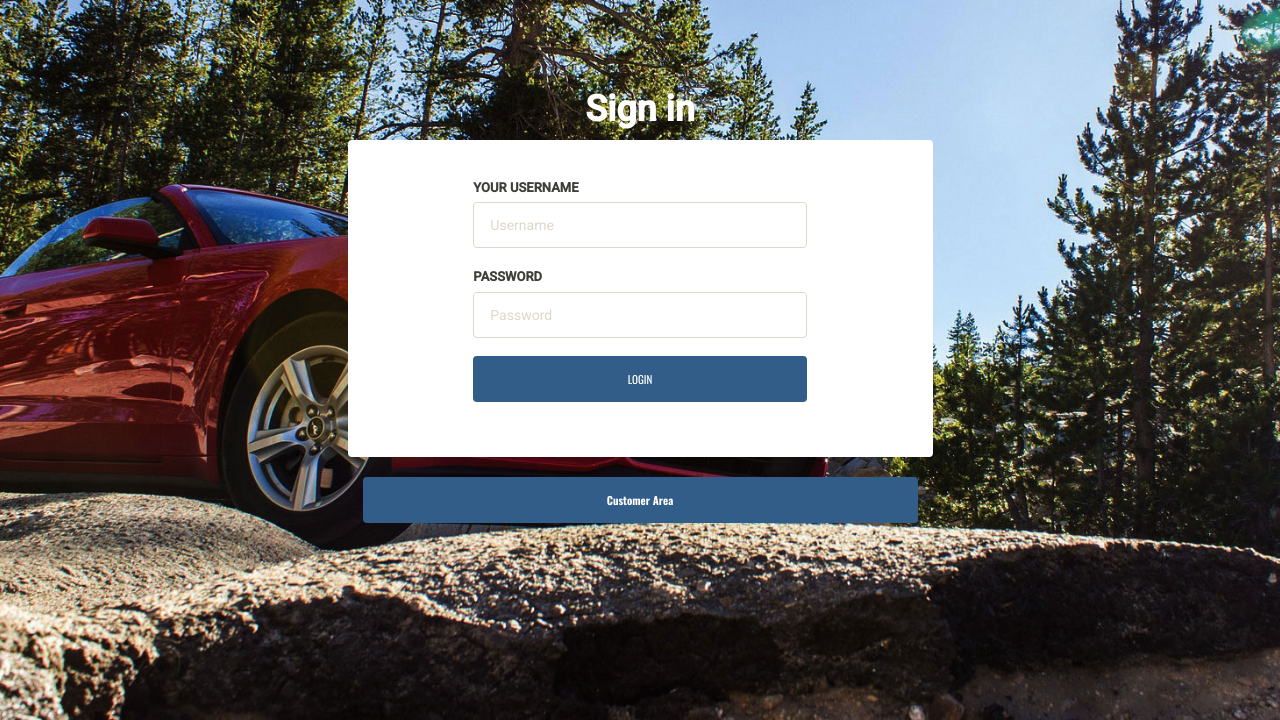
Repository: vincent254-hub/OCHMIS
Page: http://localhost/admin/
The author's editor kept a copy of each file at every save. The page is drawn from the files as they stood at one save, then again after the next save.
The browser window is 1280 px wide. The pictures show the whole page.
The page is run by PHP 8.4 with error messages shown; the project is at /var/www/html/.

Above is the page before, as saved 2024-04-24 18:32:01.

### admin/index.php
<?php
session_start();
include('includes/config.php');
if(isset($_POST['login']))
{
$email=$_POST['username'];
$password=md5($_POST['password']);
$sql ="SELECT UserName,Password FROM admin WHERE UserName=:email and Password=:password";
$query= $dbh -> prepare($sql);
$query-> bindParam(':email', $email, PDO::PARAM_STR);
$query-> bindParam(':password', $password, PDO::PARAM_STR);
$query-> execute();
$results=$query->fetchAll(PDO::FETCH_OBJ);
if($query->rowCount() > 0)
{
$_SESSION['alogin']=$_POST['username'];
echo "<script type='text/javascript'> document.location = 'dashboard.php'; </script>";
} else{

  echo "<script>alert('Invalid Credentials provided! Please try again');</script>";

}

}

?>
<!doctype html>
<html lang="en" class="no-js">

<head>
	<meta charset="UTF-8">
	<meta http-equiv="X-UA-Compatible" content="IE=edge">
	<meta name="viewport" content="width=device-width, initial-scale=1, minimum-scale=1, maximum-scale=1">
	<meta name="description" content="">
	<meta name="author" content="">

	<title>OCHMIS | Admin Login</title>
	<link rel="stylesheet" href="css/font-awesome.min.css">
	<link rel="stylesheet" href="css/bootstrap.min.css">
	<link rel="stylesheet" href="css/dataTables.bootstrap.min.css">
	<link rel="stylesheet" href="css/bootstrap-social.css">
	<link rel="stylesheet" href="css/bootstrap-select.css">
	<link rel="stylesheet" href="css/fileinput.min.css">
	<link rel="stylesheet" href="css/awesome-bootstrap-checkbox.css">
	<link rel="stylesheet" href="css/style.css">
</head>

<body>

	<div class="login-page bk-img" style="background-image: url(img/adminlogin.jpg);">
		<div class="form-content">
			<div class="container">
				<div class="row">

					<div class="col-md-6 col-md-offset-3">
						<h1 class="text-center text-bold text-light mt-4x">Sign in</h1>
						<div class="well row pt-2x pb-3x bk-light">
							<div class="col-md-8 col-md-offset-2">
								<form method="post">

									<label for="" class="text-uppercase text-sm">Your Username </label>
									<input type="text" placeholder="Username" name="username" class="form-control mb">

									<label for="" class="text-uppercase text-sm">Password</label>
									<input type="password" placeholder="Password" name="password" class="form-control mb">



									<button class="btn btn-primary btn-block" name="login" type="submit">LOGIN</button>

								</form>
							</div>
						</div>
					</div>

					<div class="col-md-6 col-md-offset-3">
						<a href="../index.php" class="text-light text-center text-bold mt-4 mx-auto btn btn-block btn-primary">Customer Area</a>
					</div>
				</div>
			</div>
		</div>
	</div>

	<!-- Loading Scripts -->
	<script src="js/jquery.min.js"></script>
	<script src="js/bootstrap-select.min.js"></script>
	<script src="js/bootstrap.min.js"></script>
	<script src="js/jquery.dataTables.min.js"></script>
	<script src="js/dataTables.bootstrap.min.js"></script>
	<script src="js/Chart.min.js"></script>
	<script src="js/fileinput.js"></script>
	<script src="js/chartData.js"></script>
	<script src="js/main.js"></script>

</body>

</html>

### admin/css/awesome-bootstrap-checkbox.css
.checkbox {
  padding-left: 20px;
}
.checkbox label {
  display: inline-block;
  vertical-align: middle;
  position: relative;
  padding-left: 5px;
}
.checkbox label::before {
  content: "";
  display: inline-block;
  position: absolute;
  width: 17px;
  height: 17px;
  left: 0;
  margin-left: -20px;
  border: 1px solid #cccccc;
  border-radius: 3px;
  background-color: #fff;
  -webkit-transition: border 0.15s ease-in-out, color 0.15s ease-in-out;
  -o-transition: border 0.15s ease-in-out, color 0.15s ease-in-out;
  transition: border 0.15s ease-in-out, color 0.15s ease-in-out;
}
.checkbox label::after {
  display: inline-block;
  position: absolute;
  width: 16px;
  height: 16px;
  left: 0;
  top: 0;
  margin-left: -20px;
  padding-left: 3px;
  padding-top: 1px;
  font-size: 11px;
  color: #555555;
}
.checkbox input[type="checkbox"],
.checkbox input[type="radio"] {
  opacity: 0;
  z-index: 1;
}
.checkbox input[type="checkbox"]:focus + label::before,
.checkbox input[type="radio"]:focus + label::before {
  outline: thin dotted;
  outline: 5px auto -webkit-focus-ring-color;
  outline-offset: -2px;
}
.checkbox input[type="checkbox"]:checked + label::after,
.checkbox input[type="radio"]:checked + label::after {
  font-family: "FontAwesome";
  content: "\f00c";
}
.checkbox input[type="checkbox"]:disabled + label,
.checkbox input[type="radio"]:disabled + label {
  opacity: 0.65;
}
.checkbox input[type="checkbox"]:disabled + label::before,
.checkbox input[type="radio"]:disabled + label::before {
  background-color: #eeeeee;
  cursor: not-allowed;
}
.checkbox.checkbox-circle label::before {
  border-radius: 50%;
}
.checkbox.checkbox-inline {
  margin-top: 0;
}

.checkbox-primary input[type="checkbox"]:checked + label::before,
.checkbox-primary input[type="radio"]:checked + label::before {
  background-color: #337ab7;
  border-color: #337ab7;
}
.checkbox-primary input[type="checkbox"]:checked + label::after,
.checkbox-primary input[type="radio"]:checked + label::after {
  color: #fff;
}

.checkbox-danger input[type="checkbox"]:checked + label::before,
.checkbox-danger input[type="radio"]:checked + label::before {
  background-color: #d9534f;
  border-color: #d9534f;
}
.checkbox-danger input[type="checkbox"]:checked + label::after,
.checkbox-danger input[type="radio"]:checked + label::after {
  color: #fff;
}

.checkbox-info input[type="checkbox"]:checked + label::before,
.checkbox-info input[type="radio"]:checked + label::before {
  background-color: #5bc0de;
  border-color: #5bc0de;
}
.checkbox-info input[type="checkbox"]:checked + label::after,
.checkbox-info input[type="radio"]:checked + label::after {
  color: #fff;
}

.checkbox-warning input[type="checkbox"]:checked + label::before,
.checkbox-warning input[type="radio"]:checked + label::before {
  background-color: #f0ad4e;
  border-color: #f0ad4e;
}
.checkbox-warning input[type="checkbox"]:checked + label::after,
.checkbox-warning input[type="radio"]:checked + label::after {
  color: #fff;
}

.checkbox-success input[type="checkbox"]:checked + label::before,
.checkbox-success input[type="radio"]:checked + label::before {
  background-color: #5cb85c;
  border-color: #5cb85c;
}
.checkbox-success input[type="checkbox"]:checked + label::after,
.checkbox-success input[type="radio"]:checked + label::after {
  color: #fff;
}

.radio {
  padding-left: 20px;
}
.radio label {
  display: inline-block;
  vertical-align: middle;
  position: relative;
  padding-left: 5px;
}
.radio label::before {
  content: "";
  display: inline-block;
  position: absolute;
  width: 17px;
  height: 17px;
  left: 0;
  margin-left: -20px;
  border: 1px solid #cccccc;
  border-radius: 50%;
  background-color: #fff;
  -webkit-transition: border 0.15s ease-in-out;
  -o-transition: border 0.15s ease-in-out;
  transition: border 0.15s ease-in-out;
}
.radio label::after {
  display: inline-block;
  position: absolute;
  content: " ";
  width: 11px;
  height: 11px;
  left: 3px;
  top: 3px;
  margin-left: -20px;
  border-radius: 50%;
  background-color: #555555;
  -webkit-transform: scale(0, 0);
  -ms-transform: scale(0, 0);
  -o-transform: scale(0, 0);
  transform: scale(0, 0);
  -webkit-transition: -webkit-transform 0.1s cubic-bezier(0.8, -0.33, 0.2, 1.33);
  -moz-transition: -moz-transform 0.1s cubic-bezier(0.8, -0.33, 0.2, 1.33);
  -o-transition: -o-transform 0.1s cubic-bezier(0.8, -0.33, 0.2, 1.33);
  transition: transform 0.1s cubic-bezier(0.8, -0.33, 0.2, 1.33);
}
.radio input[type="radio"] {
  opacity: 0;
  z-index: 1;
}
.radio input[type="radio"]:focus + label::before {
  outline: thin dotted;
  outline: 5px auto -webkit-focus-ring-color;
  outline-offset: -2px;
}
.radio input[type="radio"]:checked + label::after {
  -webkit-transform: scale(1, 1);
  -ms-transform: scale(1, 1);
  -o-transform: scale(1, 1);
  transform: scale(1, 1);
}
.radio input[type="radio"]:disabled + label {
  opacity: 0.65;
}
.radio input[type="radio"]:disabled + label::before {
  cursor: not-allowed;
}
.radio.radio-inline {
  margin-top: 0;
}

.radio-primary input[type="radio"] + label::after {
  background-color: #337ab7;
}
.radio-primary input[type="radio"]:checked + label::before {
  border-color: #337ab7;
}
.radio-primary input[type="radio"]:checked + label::after {
  background-color: #337ab7;
}

.radio-danger input[type="radio"] + label::after {
  background-color: #d9534f;
}
.radio-danger input[type="radio"]:checked + label::before {
  border-color: #d9534f;
}
.radio-danger input[type="radio"]:checked + label::after {
  background-color: #d9534f;
}

.radio-info input[type="radio"] + label::after {
  background-color: #5bc0de;
}
.radio-info input[type="radio"]:checked + label::before {
  border-color: #5bc0de;
}
.radio-info input[type="radio"]:checked + label::after {
  background-color: #5bc0de;
}

.radio-warning input[type="radio"] + label::after {
  background-color: #f0ad4e;
}
.radio-warning input[type="radio"]:checked + label::before {
  border-color: #f0ad4e;
}
.radio-warning input[type="radio"]:checked + label::after {
  background-color: #f0ad4e;
}

.radio-success input[type="radio"] + label::after {
  background-color: #5cb85c;
}
.radio-success input[type="radio"]:checked + label::before {
  border-color: #5cb85c;
}
.radio-success input[type="radio"]:checked + label::after {
  background-color: #5cb85c;
}

input[type="checkbox"].styled:checked + label:after,
input[type="radio"].styled:checked + label:after {
  font-family: 'FontAwesome';
  content: "\f00c";
}
input[type="checkbox"] .styled:checked + label::before,
input[type="radio"] .styled:checked + label::before {
  color: #fff;
}
input[type="checkbox"] .styled:checked + label::after,
input[type="radio"] .styled:checked + label::after {
  color: #fff;
}

### admin/css/style.css
@import url(http://fonts.googleapis.com/css?family=Lato:300,400,700,900,100italic,300italic,400italic);
@import url(https://fonts.googleapis.com/css?family=Oswald:700,400,300);
/****************************
*   FOR RESPONSIVENESS      *
****************************/
::selection {
  background: #4f5362;
  /* WebKit/Blink Browsers */
  color: #fff;
}
::-moz-selection {
  background: #4f5362;
  /* Gecko Browsers */
  color: #fff;
}
html {
  font-size: 14px;
}
@media only screen and (min-width: 480px) {
  html {
    font-size: 17px;
  }
}
@media only screen and (min-width: 768px) {
  html {
    font-size: 14px;
  }
}
@media only screen and (min-width: 1024px) {
  p {
    font-size: 1em;
    margin-bottom: 1.8em;
  }
}
/****************************
*      BODY DEFAULTS        *
****************************/
body {
  font-size: 1em;
}
a {
  color: #37a6c4;
}
a:hover {
  text-decoration: none;
  color: #5db9d1;
}
/****************************
*      Buttons        *
****************************/
.btn {
  font-family: 'Oswald', sans-serif;
}
.btn i {
  position: relative;
  top: -2px;
}
.btn.text-left {
  text-align: left;
}
.btn-brand {
  background: #37a6c4;
  color: #fff;
}
.btn-brand:hover {
  color: #fff;
  background: #2c849c;
}
.btn-dark {
  background: #272727;
  color: #fff;
}
.btn-dark:hover {
  color: #fff;
  background: #2c849c;
}
.btn-red {
  background: #4f5362;
  color: #fff;
}
.btn-red:hover {
  color: #fff;
  background: #383b46;
}
.btn-alt {
  background: #f0f0f0;
  color: #222;
}
.btn-alt:hover {
  color: #fff;
  background: #2c849c;
}
/****************************
*      Background Colors        *
****************************/
.bk-primary {
  background: #325d88;
}
.bk-success {
  background: #93c54b;
}
.bk-warning {
  background: #f47c3c;
}
.bk-danger {
  background: #d9534f;
}
.bk-info {
  background: #29abe0;
}
.bk-white,
.bk-light {
  background: #fff;
}
.bk-brand {
  background: #37a6c4;
}
.bk-dark {
  background: #222;
}
.bk-blue {
  background: #0010ce;
}
.bk-alt {
  background: #f7f7f7;
}
.bk-ghost {
  background: transparent;
}
.bk-img {
  position: relative;
  width: 100%;
  background-position: center;
  background-repeat: no-repeat;
  background-size: cover;
  background-image: url(../../img/login-bg.jpg);
}
.bk-fixed {
  background-attachment: fixed;
}
.hr-green {
  height: 2px;
  background: #37a6c4;
}
.hr-grey {
  height: 2px;
  background: #f0f0f0;
}
.hr-dashed {
  background-color: transparent;
  border-top: 1px dotted #edf0f5;
  color: transparent;
  height: 1px;
  margin: 20px 0;
}
.panel {
  overflow: hidden;
}
/****************************
*      Border        *
****************************/
.brdr {
  border: 1px solid #f0f0f0;
}
/****************************
*      Text size color        *
****************************/
.font-one {
  font-family: 'Oswald', sans-serif;
}
.text-bold {
  font-weight: bold;
}
.text-normal {
  font-weight: normal;
}
.text-thin {
  font-weight: 100;
}
.text-lowercase {
  text-transform: none;
}
.text-sm {
  font-size: 13px;
}
.text-lg {
  font-size: 18px;
}
.text-xl {
  font-size: 1.6em;
}
.text-2x {
  font-size: 2em;
}
.text-3x {
  font-size: 2.4em;
}
.text-4x {
  font-size: 3em;
}
.text-white,
.text-light {
  color: #fff !important;
}
.link-white a {
  color: #fff;
}
.text-grey {
  color: #ccc;
}
.text-dgrey {
  color: #818181;
}
.text-brand {
  color: #37a6c4;
}
.text-yellow {
  color: #ffff00;
}
.title .line {
  display: inline-block;
  padding-bottom: 10px;
  border-bottom: 3px solid #222;
}
/****************************
*       Margins         *
****************************/
.mt {
  margin-top: 18px;
}
.mt-0x {
  margin-top: 0 !important;
}
.mt-2x {
  margin-top: 36px;
}
.mt-3x {
  margin-top: 54px;
}
.mt-4x {
  margin-top: 90px;
}
.mt-5x {
  margin-top: 144px;
}
.mb {
  margin-bottom: 18px;
}
.mb-0x {
  margin-bottom: 0 !important;
}
.mb-2x {
  margin-bottom: 36px;
}
.mb-3x {
  margin-bottom: 54px;
}
.mb-4x {
  margin-bottom: 90px;
}
.mb-5x {
  margin-bottom: 144px;
}
.pt {
  padding-top: 18px;
}
.pt-2x {
  padding-top: 36px;
}
.pt-3x {
  padding-top: 54px;
}
.pt-4x {
  padding-top: 90px;
}
.pt-5x {
  padding-top: 144px;
}
.pb {
  padding-bottom: 18px;
}
.pb-2x {
  padding-bottom: 36px;
}
.pb-3x {
  padding-bottom: 54px;
}
.pb-4x {
  padding-bottom: 90px;
}
.pb-5x {
  padding-bottom: 144px;
}
/* Content boxes */
.content-box {
  padding: 15px;
}
.block-anchor {
  display: block;
}
/****************************
*       Content Typography         *
****************************/
.content-format {
  line-height: 1.6em;
  font-weight: 400;
  letter-spacing: .01em;
  font-style: normal;
  word-wrap: break-word;
}
.content-format .h1,
.content-format .h2,
.content-format .h3,
.content-format .h4,
.content-format .h5,
.content-format .h6,
.content-format h1,
.content-format h2,
.content-format h3,
.content-format h4,
.content-format h5,
.content-format h6 {
  font-family: 'Oswald', sans-serif;
  font-weight: 700;
  font-weight: bold;
  font-style: normal;
  color: rgba(0, 0, 0, 0.8);
  margin-top: 40px;
}
.content-format .h1 a,
.content-format .h2 a,
.content-format .h3 a,
.content-format .h4 a,
.content-format .h5 a,
.content-format .h6 a,
.content-format h1 a,
.content-format h2 a,
.content-format h3 a,
.content-format h4 a,
.content-format h5 a,
.content-format h6 a {
  font-size: inherit;
}
.content-format .h2,
.content-format h2 {
  font-size: 3em;
  line-height: 1;
  margin-bottom: 10px;
  padding-bottom: 10px;
  border-bottom: 4px solid #f0f0f0;
}
.content-format .h3,
.content-format h3 {
  font-size: 2em;
  line-height: 1.2;
  margin-bottom: 4px;
  margin: 1em 0 0.5em;
}
.content-format .h4,
.content-format h4 {
  font-size: 1.7em;
  line-height: 1.4;
  margin-bottom: 6px;
}
.content-format .h5,
.content-format h5 {
  font-size: 1.5em;
  line-height: 1.4;
  margin-bottom: 8px;
}
.content-format .h6,
.content-format h6 {
  font-size: 1.3em;
  line-height: 1.4;
  margin-bottom: 10px;
}
.content-format strong {
  font-weight: bold;
}
.content-format ul:not(.social-awesome) {
  list-style: disc outside;
  margin: 1.714285714rem 0 1.714285714rem;
  line-height: 1.714285714;
}
.content-format ul:not(.social-awesome) li {
  margin: 0 0 0 36px;
  margin: 0 1rem 0 2.571428571rem;
}
.content-format ul:not(.social-awesome).list-unstyled {
  list-style: none;
}
.content-format ul:not(.social-awesome).list-unstyled li {
  margin: 0 0 0 24px;
}
.content-format em {
  font-style: italic;
}
.content-format p {
  margin-bottom: 1.8em;
}
.content-format figure {
  margin-bottom: 42px;
}
.content-format figure .caption {
  color: #999;
  font-size: 14px;
}
.content-format img {
  border: 0;
  height: auto;
  max-width: 100%;
  vertical-align: middle;
}
.content-format .fa {
  color: #37a6c4;
  margin-right: 10px;
}
.content-format blockquote {
  border-left: 4px solid #c3c3c3;
  border-left: 4px solid rgba(51, 51, 51, 0.17);
  color: #707070;
  color: rgba(51, 51, 51, 0.7);
  font-size: 1.2em;
  font-style: italic;
  line-height: 1.6667;
  margin-bottom: 1em;
  padding-left: 0.7778em;
}
.content-format blockquote.double-quote {
  border-left: none;
  padding-left: 1em;
}
.content-format pre {
  background: #fff;
  border: 1px solid #ededed;
  color: #666;
  font-family: Consolas, Monaco, Lucida Console, monospace;
  font-size: .9em;
  line-height: 1.714285714;
  margin: 24px 0;
  margin: 1.714285714rem 0;
  overflow: auto;
}
.content-format ol {
  margin: 24px 0 24px;
  margin: 1.714285714rem 0 1.714285714rem;
  line-height: 1.714285714;
  list-style: decimal outside;
}
.content-format img.wp-smiley,
.content-format img.emoji {
  display: inline !important;
  border: none !important;
  box-shadow: none !important;
  height: 1em !important;
  width: 1em !important;
  margin: 0 .07em !important;
  vertical-align: -0.1em !important;
  background: none !important;
  padding: 0 !important;
}
/*
 * Theme Struck - Harmony - Free responsive Bootstrap admin template by Themestruck.com (http://themestruck.com)
 * Code licensed under the MIT
 * For details, see #
 */
ul,
li {
  margin: 0;
  padding: 0;
  list-style: none;
}
/* Social Button Modifications */
.btn {
  text-transform: none;
}
.btn-social > :first-child {
  width: 42px;
  line-height: 46px;
}
.btn-social {
  padding-left: 58px;
}
/* Circle buttons */
.btn-circle {
  width: 30px;
  height: 30px;
  padding: 6px 0;
  border-radius: 15px;
  text-align: center;
  font-size: 12px;
  line-height: 1.428571429;
}
.btn-circle.btn-lg {
  width: 50px;
  height: 50px;
  padding: 10px 16px;
  border-radius: 25px;
  font-size: 18px;
  line-height: 1.33;
}
.btn-circle.btn-xl {
  width: 70px;
  height: 70px;
  padding: 10px 16px;
  border-radius: 35px;
  font-size: 24px;
  line-height: 1.33;
}
/* Chart design */
/* Charts */
.chart-dot-list {
  display: block;
  margin-top: 60px;
  margin-left: 20px;
}
.chart-dot-list li {
  margin-bottom: 4px;
}
.chart-dot-list li:before {
  content: '';
  height: 12px;
  width: 12px;
  margin-right: 6px;
  display: inline-block;
  background: #222;
  border-radius: 50%;
}
.chart-dot-list li.a1:before {
  background: #F7464A;
}
.chart-dot-list li.a2:before {
  background: #46BFBD;
}
.chart-dot-list li.a3:before {
  background: #FDB45C;
}
.chart-doughnut {
  padding: 41px 0;
}
/* component */
.page-title {
  padding-bottom: 15px;
  margin-bottom: 20px;
  border-bottom: 1px solid #f0f0f0;
}
.brand {
  background: #3e454c;
  position: relative;
  z-index: 3;
  position: fixed;
  width: 100%;
  top: 0;
}
.brand .logo {
  box-sizing: border-box;
  padding: 20px;
  float: left;
  display: block;
  width: 200px;
}
@media only screen and (min-width: 992px) {
  .brand .logo {
    width: 250px;
  }
}
.brand .logo img {
  height: 20px;
}
.brand .menu-btn {
  float: right;
  background: #232d3b;
  text-align: center;
  cursor: pointer;
  color: #fff;
  padding: 20px 20px;
}
@media only screen and (min-width: 992px) {
  .brand .menu-btn {
    display: none;
  }
}
.brand .ts-profile-nav {
  float: right;
  display: none;
}
.brand .ts-profile-nav li {
  float: left;
  position: relative;
}
.brand .ts-profile-nav li a {
  display: block;
  padding: 20px;
  color: #fff;
}
.brand .ts-profile-nav li ul {
  visibility: hidden;
  opacity: 0;
  right: 0;
  position: absolute;
}
.brand .ts-profile-nav li ul li {
  float: none;
  width: 180px;
}
.brand .ts-profile-nav li ul li a {
  padding: 10px 20px;
  background: #222;
}
.brand .ts-profile-nav .ts-account .fa-angle-down {
  float: right;
}
.brand .ts-profile-nav .ts-account > a {
  width: 180px;
  background: #2c3136;
}
.brand .ts-profile-nav .ts-account .ts-avatar {
  border-radius: 50%;
  height: 28px;
  margin: -10px 0;
  margin-right: 10px;
}
.brand .ts-profile-nav .ts-account:hover ul {
  visibility: visible;
  opacity: 1;
}
@media only screen and (min-width: 992px) {
  .brand .ts-profile-nav {
    display: block;
  }
}
.ts-sidebar::-webkit-scrollbar-track {
  background-color: transparent;
}
.ts-sidebar::-webkit-scrollbar {
  width: 5px;
  background-color: transparent;
}
.ts-sidebar::-webkit-scrollbar-thumb {
  background-color: #b4b4b4;
}
.ts-sidebar {
  background: #2c3136;
  max-height: 0;
  transition: max-height 0.3s;
  overflow: hidden;
  position: fixed;
  z-index: 2;
  width: 100%;
  bottom: 0;
  top: 60px;
  overflow-y: auto;
}
.ts-sidebar .hidden-side {
  display: none;
}
.ts-sidebar .ts-sidebar-search {
  width: 100%;
  background: #25292a;
  border: none;
  padding: 10px 15px;
  color: #fff;
}
@media only screen and (min-width: 992px) {
  .ts-sidebar .ts-profile-nav {
    display: none;
  }
}
@media only screen and (min-width: 992px) {
  .ts-sidebar {
    max-height: 100%;
    bottom: 0;
  }
}
.ts-sidebar-menu .ts-label {
  color: #585c64;
  font-weight: bold;
  padding: 8px 15px;
  text-transform: uppercase;
  font-size: 10px;
  letter-spacing: 3px;
  margin-top: 10px;
}
.ts-sidebar-menu a {
  display: block;
  text-decoration: none;
  padding: 12px 15px;
  color: #fff;
}
.ts-sidebar-menu li {
  position: relative;
}
.ts-sidebar-menu li i {
  color: #585c64;
  margin-right: 10px;
}
.ts-sidebar-menu li ul {
  display: block;
  background: rgba(255, 0, 0, 0.12);
  background: rgba(0, 0, 0, 0.32);
  max-height: 0;
  overflow: hidden;
  transition: all 0.3s ease;
}
.menu-open,
.ts-sidebar-menu .open > ul {
  max-height: 2000px;
}
.ts-sidebar-menu .open > a {
  background: rgba(51, 56, 62, 0.35);
}
.ts-sidebar-menu > .open > a {
  background: #33383e;
  border-left: 3px solid #37a6c4;
}
.ts-sidebar-menu .open > .more i {
  transform: rotate(180deg);
}
.more i {
  color: #fff;
  padding: 15px;
  transition: transform 0.3s;
}
.more {
  float: right;
  min-width: 10%;
  cursor: pointer;
}
.ts-main-content .content-wrapper {
  padding-top: 15px;
  margin-top: 60px;
}
@media only screen and (min-width: 992px) {
  .ts-main-content .ts-sidebar {
    width: 250px;
    float: left;
  }
  .ts-main-content .content-wrapper {
    margin-left: 250px;
  }
}
/* Login page */
.login-page {
  position: absolute;
  height: 100%;
  width: 100%;
}

### admin/js/main.js
 $(document).ready(function () {

 	$(".ts-sidebar-menu li a").each(function () {
 		if ($(this).next().length > 0) {
 			$(this).addClass("parent");
 		};
 	})
 	var menux = $('.ts-sidebar-menu li a.parent');
 	$('<div class="more"><i class="fa fa-angle-down"></i></div>').insertBefore(menux);
 	$('.more').click(function () {
 		$(this).parent('li').toggleClass('open');
 	});
	$('.parent').click(function (e) {
		e.preventDefault();
 		$(this).parent('li').toggleClass('open');
 	});
 	$('.menu-btn').click(function () {
 		$('nav.ts-sidebar').toggleClass('menu-open');
 	});


	 $('#zctb').DataTable();


	 $("#input-43").fileinput({
		showPreview: false,
		allowedFileExtensions: ["zip", "rar", "gz", "tgz"],
		elErrorContainer: "#errorBlock43"
			// you can configure `msgErrorClass` and `msgInvalidFileExtension` as well
	});

 });

Loaded but not shown: admin/includes/config.php (common file); admin/css/font-awesome.min.css (library); admin/css/bootstrap.min.css (library); admin/css/dataTables.bootstrap.min.css (library); admin/css/bootstrap-social.css (library); admin/css/bootstrap-select.css (library); admin/css/fileinput.min.css (library); admin/js/jquery.min.js (library); admin/js/bootstrap-select.min.js (library); admin/js/bootstrap.min.js (library); admin/js/jquery.dataTables.min.js (library); admin/js/dataTables.bootstrap.min.js (common file); admin/js/Chart.min.js (library); admin/js/chartData.js (common file); admin/js/fileinput.js (2304 lines, source omitted)

After the next save:
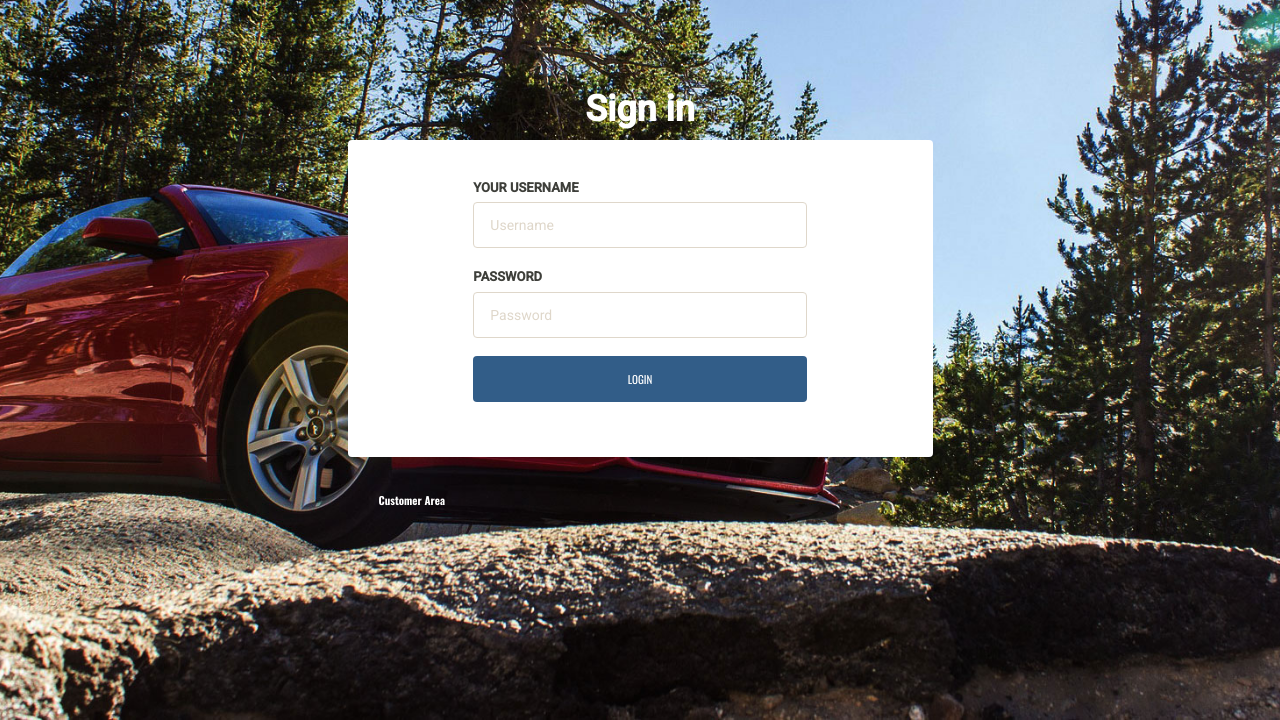
Saved 41 s later.
--- a/admin/index.php
+++ b/admin/index.php
@@ -74,7 +74,7 @@ echo "<script type='text/javascript'> document.location = 'dashboard.php'; </scr
 					</div>
 
 					<div class="col-md-6 col-md-offset-3">
-						<a href="../index.php" class="text-light text-center text-bold mt-4 mx-auto btn btn-block btn-primary">Customer Area</a>
+						<a href="../index.php" class="text-light text-center text-bold mt-4 mx-auto btn ">Customer Area</a>
 					</div>
 				</div>
 			</div>
